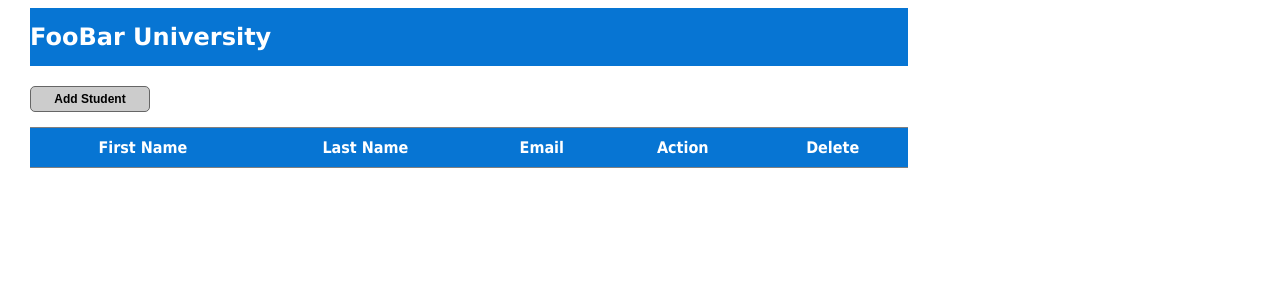
Repository: sanjeev11235/Arch1
Page: http://localhost/web-student-tracker-jstl/StudentControllerServlet
An editor plug-in stored every save of this project. The page is shown before and after the next save, followed by the edit.
The browser window is 1280 px wide. The pictures show the whole page.
The page is served by Tomcat 9. Queries for data that is not in the repository find no rows.

Above is the page before, as saved 2019-10-24 19:52:52.

After the next save:
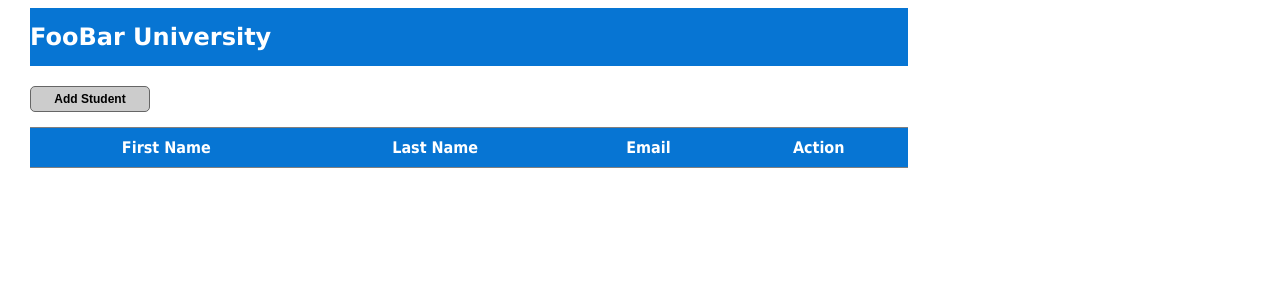
Saved 106 s later.
--- a/JSP-Servlets-JDBC/web-student-tracker-jstl/WebContent/list-students.jsp
+++ b/JSP-Servlets-JDBC/web-student-tracker-jstl/WebContent/list-students.jsp
@@ -26,7 +26,6 @@
 						<th>Last Name</th>
 						<th>Email</th>
 						<th>Action</th>
-						<th>Delete</th>
 					</tr>
 
 
@@ -52,6 +51,7 @@
 								|
 								<a href="${deleteLink}" onclick="if (!(confirm('Are you sure you want to delete this student?'))) return false">Delete</a>
 							</td>
+							<td></td>
 						</tr>
 
 					</c:forEach>
